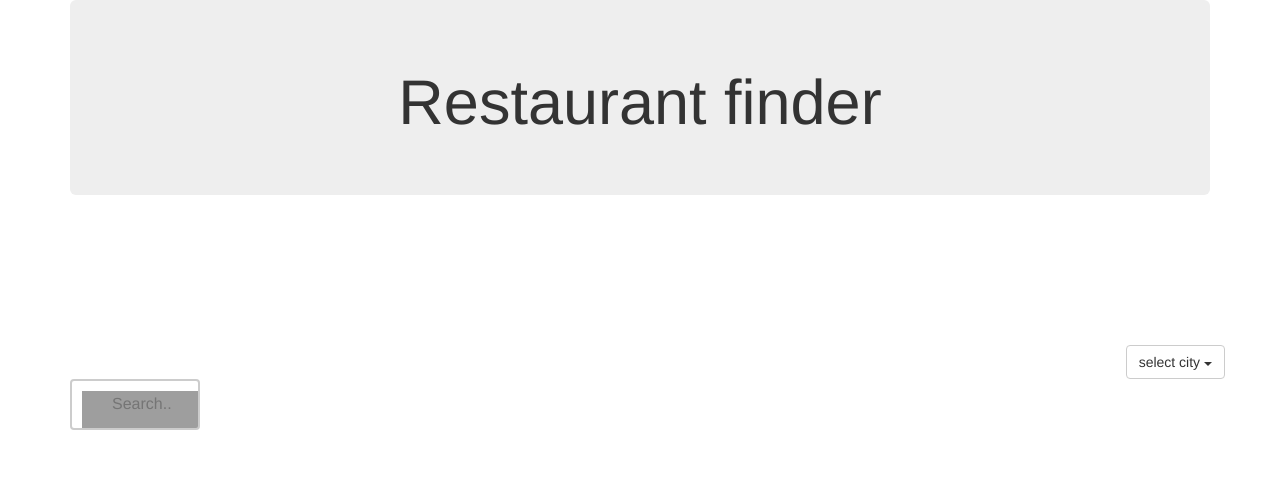
Repository: ganz-95/Denuvo-final
Page: http://localhost/restaurant/
The author's editor kept a copy of each file at every save. The page is drawn from the files as they stood at one save, then again after the next save.
The browser window is 1280 px wide. The pictures show the whole page.
Pictures or frames that could not be fetched are drawn as grey boxes. Some web libraries are served in a nearby version. The page is served by Tomcat 9.

Above is the page before, as saved 2017-01-23 15:52:46.

### workspace/restaurant/src/main/webapp/index.jsp
<!DOCTYPE html>
<html>
<head>
  <meta name="viewport" content="width=device-width, initial-scale=1">
  <link rel="stylesheet" href="https://maxcdn.bootstrapcdn.com/bootstrap/3.3.7/css/bootstrap.min.css">
  <script src="https://ajax.googleapis.com/ajax/libs/jquery/3.1.1/jquery.min.js"></script>
  <script src="https://maxcdn.bootstrapcdn.com/bootstrap/3.3.7/js/bootstrap.min.js"></script>
</head>
<body>
<div class="container" >
  <div class="jumbotron" align="center">
    <h1>              Restaurant finder             </h1>
     </div>



<div class="container" >

  <br><br><br><br><br><br>

  <div class="dropdown" style="float:right;">
    <button class="btn btn-default dropdown-toggle" type="button" data-toggle="dropdown">select city
    <span class="caret"></span></button>
    <ul class="dropdown-menu">
      <li class="dropdown-header">Popular</li>
      <li><a href="#">Chennai</a></li>
      <li><a href="#">Mumbai</a></li>
      <li><a href="#">Delhi</a></li>
      <li class="divider"></li>
      <li class="dropdown-header">Others</li>
      <li><a href="#">banglore</a></li>
      <li><a href="#">Hyderabad</a></li>
    </ul>
  </div>
</div>
<style>
input[type=text] {
    width: 130px;
    box-sizing: border-box;
    border: 2px solid #ccc;
    border-radius: 4px;
    font-size: 16px;
    background-color: white;
    background-image: url('searchicon.png');
    background-position: 10px 10px;
    background-repeat: no-repeat;
    padding: 12px 20px 12px 40px;
    -webkit-transition: width 0.4s ease-in-out;
    transition: width 0.4s ease-in-out;
}

input[type=text]:focus {
    width: 80%;
}
</style>
</head>
<body>
<form>
  <input type="text" align="centre" name="search" placeholder="Search..">
</form>
</body>
</html>

After the next save:
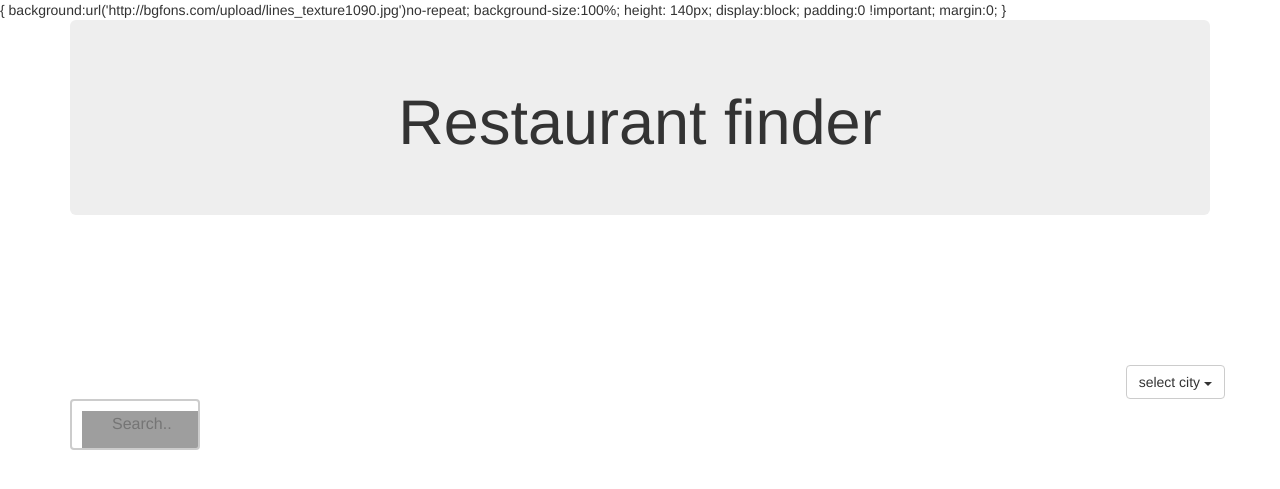
Saved 3 min 25 s later.
--- a/workspace/restaurant/src/main/webapp/index.jsp
+++ b/workspace/restaurant/src/main/webapp/index.jsp
@@ -1,12 +1,22 @@
 <!DOCTYPE html>
 <html>
 <head>
+
   <meta name="viewport" content="width=device-width, initial-scale=1">
   <link rel="stylesheet" href="https://maxcdn.bootstrapcdn.com/bootstrap/3.3.7/css/bootstrap.min.css">
   <script src="https://ajax.googleapis.com/ajax/libs/jquery/3.1.1/jquery.min.js"></script>
   <script src="https://maxcdn.bootstrapcdn.com/bootstrap/3.3.7/js/bootstrap.min.js"></script>
 </head>
 <body>
+{
+background:url('http://bgfons.com/upload/lines_texture1090.jpg')no-repeat;
+background-size:100%;
+height: 140px;
+display:block;
+padding:0 !important;
+margin:0;
+}
+
 <div class="container" >
   <div class="jumbotron" align="center">
     <h1>              Restaurant finder             </h1>
